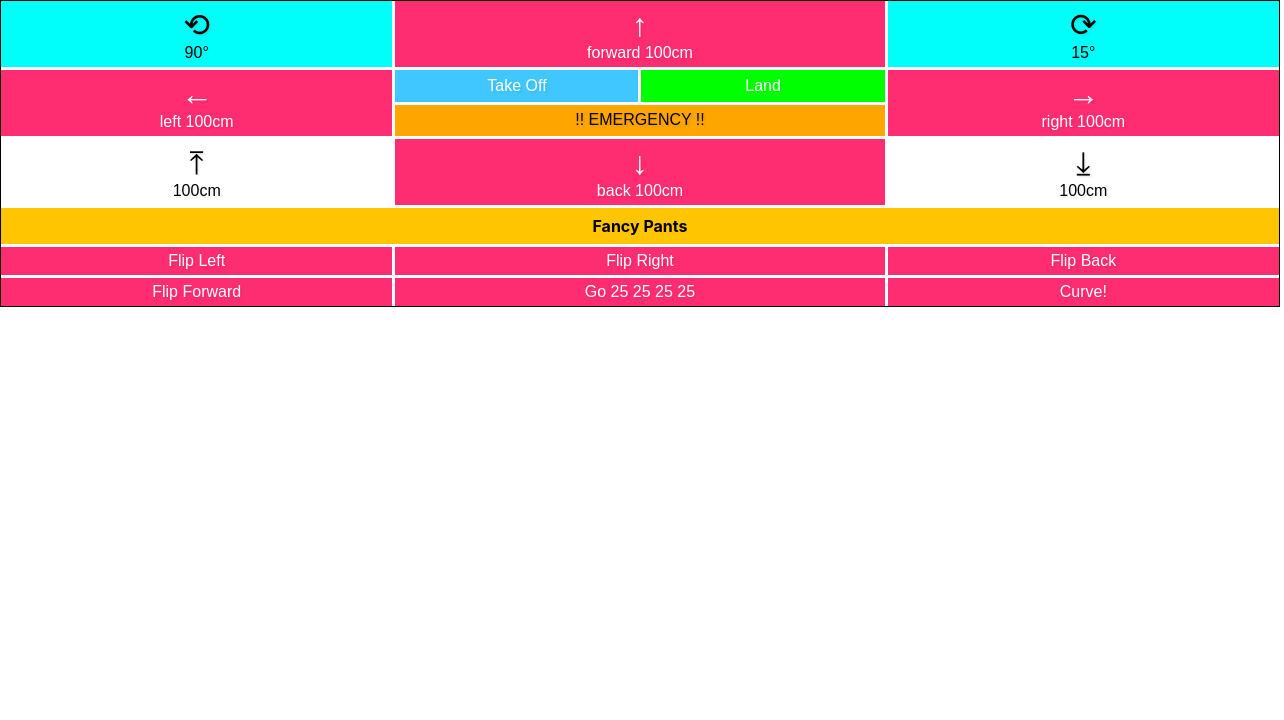
Repository: JivkoJelev91/Drone-Simulator
Page: /
An editor plug-in stored every save of this project. The page is shown before and after the next save, followed by the edit.
The browser window is 1280 px wide. The page is 1280 px wide, then 1284 px, so the pictures cover 1284 px, including what lies to the right of the window. The pictures show the whole page.
The project was rebuilt for these pictures with package versions that can differ from the ones it lists, and the page was loaded fresh each time.

Above is the page before, as saved 2018-12-18 09:55:51.

### src/index.css
body {
  margin: 0;
  padding: 0;
  font-family: -apple-system, BlinkMacSystemFont, "Segoe UI", "Roboto", "Oxygen",
    "Ubuntu", "Cantarell", "Fira Sans", "Droid Sans", "Helvetica Neue",
    sans-serif;
  -webkit-font-smoothing: antialiased;
  -moz-osx-font-smoothing: grayscale;
}

code {
  font-family: source-code-pro, Menlo, Monaco, Consolas, "Courier New",
    monospace;
}
.drone{
  width: 7%;
  position: absolute;
  left: 0;
  right: 0;
  bottom: 0;
  margin: auto;
}
.drone img {
  width: 100%;
}

### src/App.js
import React, { Component } from 'react';
import Buttons from './Buttons/Buttons';
import './App.css';

class App extends Component {
  render() {
    return (
      <div className="App">
          <Buttons />
      </div>
    );
  }
}

export default App;

### src/Buttons/Buttons.js
import styled from 'styled-components';
import React  from 'react';
import Commands from './Commands.js'


const CommandGrid = styled.div`
  display: grid;
  grid-template-columns: 1fr 1.25fr 1fr;
  grid-template-rows: repeat(3, 1fr);
  border: 1px solid black;
  grid-gap: 3px;
  button {
    text-shadow: 2px 2px 0 rgba(0, 0, 0, 0.05);
    border: 0;
    background: #fe2c70;
    border: 4px solid transparent;
    color: white;
    font-size: 1rem;
    position: relative;
    &:active {
      top: 2px;
    }
    &:focus {
      outline: 0;
      border-color: #ffc600;
    }
    &.takeoff {
      background: #41c7ff;
    }
    &.land {
      background: #00ff00;
    }
    &.emergency {
      background: orange;
      text-transform: uppercase;
      color: black;
    }
    &.rotate {
      background: #00fff9;
      color: black;
    }
    &.height {
      background: #fff;
      color: black;
    }
    span.symbol {
      display: block;
      font-size: 2rem;
      font-weight: 400;
    }
  }
  .center {
    display: grid;
    grid-gap: 3px;
    grid-template-columns: 1fr 1fr;
    button:last-child {
      grid-column: span 2;
    }
  }
  h2 {
    grid-column: 1 / -1;
    background: #ffc600;
    margin: 0;
    font-size: 1rem;
    text-align: center;
    padding: 0.5rem;
    color: black;
  }
`;

// function (command) {
//   return function() {
//     console.log(`Sending the command ${command}`);
//     socket.emit('command', command);
//   };
// }

const amount = 100;
const Buttons = () => (
  <CommandGrid>
    <button className="rotate" onClick={Commands.rotate}>
      <span className="symbol">⟲</span> 90°
    </button>
    <button onClick={Commands.forward}>
      <span className="symbol">↑</span> forward {amount}cm
    </button>
    <button className="rotate" onClick={Commands.rotate}>
      <span className="symbol">⟳</span> 15°
    </button>
    <button onClick={Commands.left}>
      <span className="symbol">←</span> left {amount}cm
    </button>
    <div className="center">
      <button className="takeoff" onClick={console.log('works')}>
        Take Off
      </button>
      <button className="land" onClick={console.log('works')}>
        Land
      </button>
      <button className="emergency" onClick={console.log('works')}>
        !! emergency !!
      </button>
    </div>
    <button onClick={console.log('works')}>
      <span className="symbol">→</span>
      right {amount}cm
    </button>
    <button className="height" onClick={console.log('works')}>
      <span className="symbol">⤒</span> {amount}cm
    </button>
    <button onClick={console.log('works')}>
      <span className="symbol">↓</span> back {amount}cm
    </button>
    <button className="height" onClick={console.log('works')}>
      <span className="symbol">⤓</span> {amount}cm
    </button>
    <h2>Fancy Pants</h2>
    <button onClick={console.log('works')}>Flip Left</button>
    <button onClick={console.log('works')}>Flip Right</button>
    <button onClick={console.log('works')}>Flip Back</button>
    <button onClick={console.log('works')}>Flip Forward</button>
    <button onClick={console.log('works')}>Go 25 25 25 25</button>
    <button onClick={console.log('works')}>
      Curve!
    </button>
  </CommandGrid>
);

export default Buttons;

### src/Buttons/Commands.js


export default {
    rotate(){
        return console.log('rotate!!');
    },
    forward(){
        return console.log('forward');
    },
    back(){
        return console.log('back');
    },
    left(){
        return console.log('left');
    },
    right(){
        return console.log('right');
    },
}

### src/Buttons/Battery.js
import styled from 'styled-components';
import React  from 'react';

const BatteryStyles = styled.div`
  width: 100%;
  --color: '#bb0707';
  border: 2px solid black;
  border-radius: 5px;
  overflow: hidden;
  display: flex;
  flex-direction: column-reverse;
  /* box-shadow: 0 0 10px var(--color); */
  background: #c5c5c5;
  .batteryLevel {
    transition: all 0.5s;
    height: 100%;
    text-align: center;
    color: white;
    display: block;
    background: var(--color);
  }
`;

const Battery = () => (
  <BatteryStyles>
    <span className="batteryLevel">60%</span>
  </BatteryStyles>
);

export default Battery;

### src/Drone.js
import React, { Component } from 'react';
import dronePic from './images/drone.png'

class Drone extends Component {
  render() {
    return (
      <div className="drone">
        <img src={dronePic} alt="drone"/>
      </div>
    );
  }
}

export default Drone;

Loaded but not shown: public/index.html (common file); src/index.js (common file); src/serviceWorker.js (common file); src/App.css (common file)

After the next save:
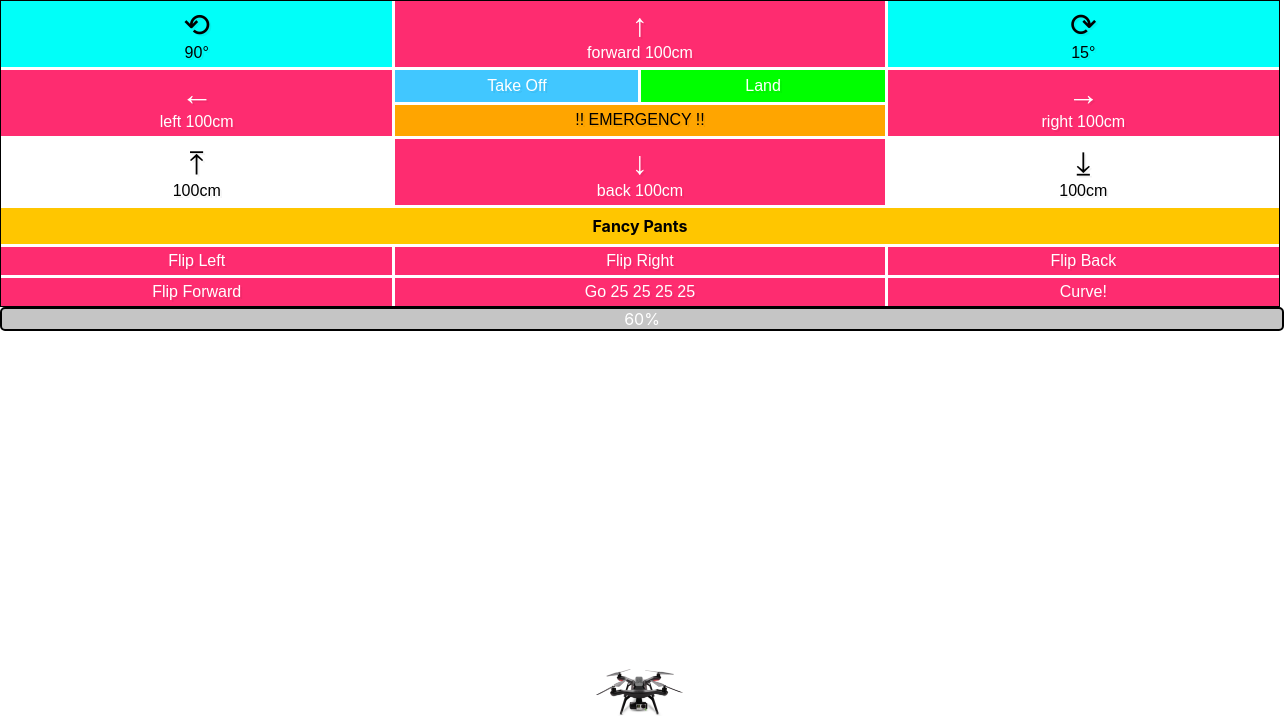
Saved 64 s later.
--- a/src/App.js
+++ b/src/App.js
@@ -1,12 +1,19 @@
 import React, { Component } from 'react';
 import Buttons from './Buttons/Buttons';
+import Battery from './Buttons/Battery';
+import Drone from './Drone'
 import './App.css';
+
 
 class App extends Component {
   render() {
     return (
       <div className="App">
           <Buttons />
+          <div>
+            <Battery />
+            <Drone />
+          </div>
       </div>
     );
   }
